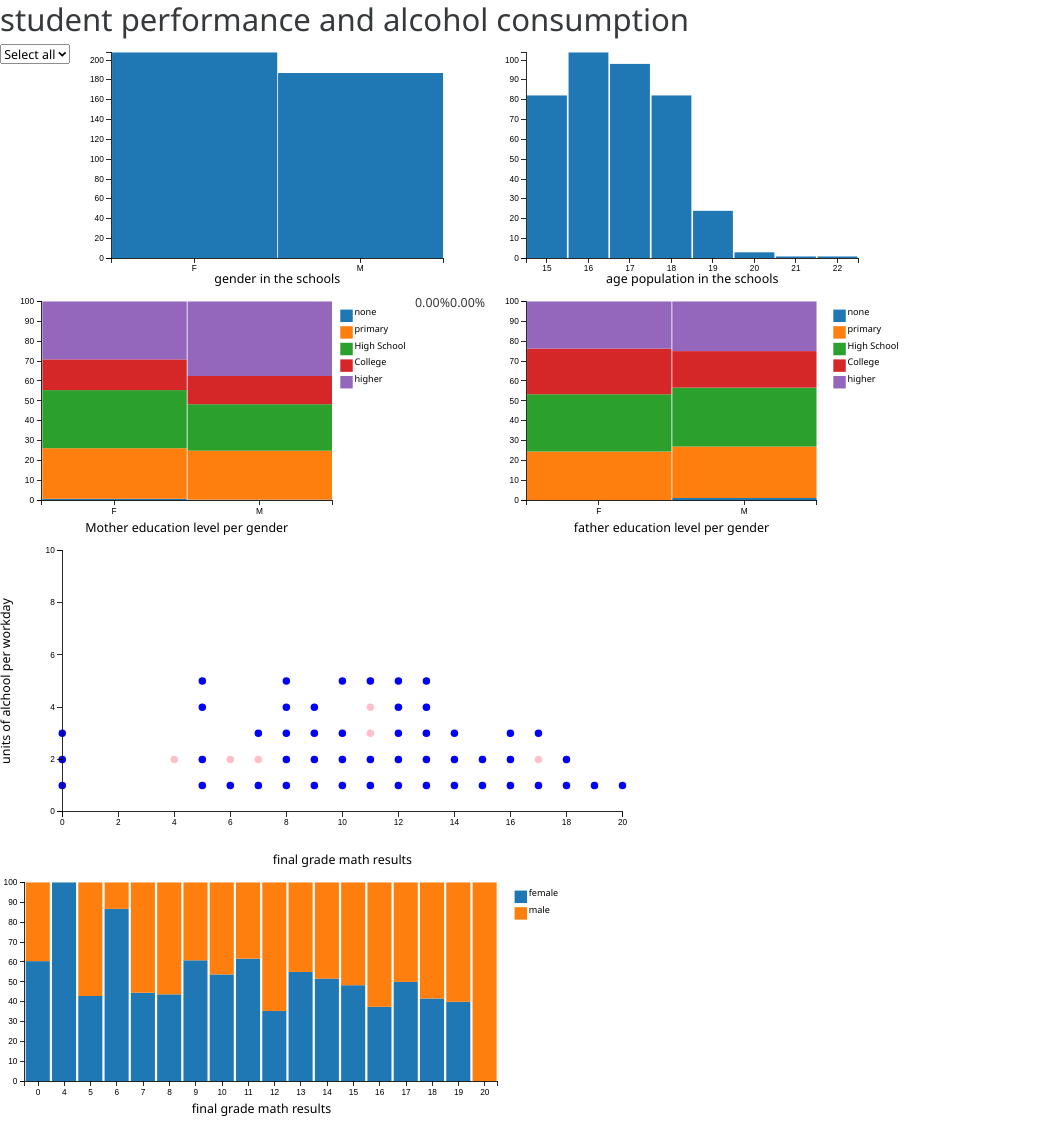
Repository: Baal89/second-milestone-project
Page: index.html
The author's editor kept a record of every edit. The page is drawn from the files as they stood at one moment, then again after the next edit.
The browser window is 1280 px wide. The pictures show the whole page, at 83% of full size.

Above is the page before.

### index.html
<!DOCTYPE html>
<html>
    <head>
        <meta charset="UTF-8">
        <meta name="viewport" content="width=device-width, initial-scale=1.0">
        <meta http-equiv="X-UA-Compatible" content"ie=edge">
        <title> dashboard </title>

        <link rel="stylesheet" href="static/css/bootstrap.min.css" type="text/css" />
        <link rel="stylesheet" href="static/css/dc.min.css" type="text/css" />

        <script type="text/javascript" src="static/js/d3.min.js"></script>
        <script type="text/javascript" src="static/js/crossfilter.min.js"></script>
        <script type="text/javascript" src="static/js/dc.min.js"></script>
        <script type="text/javascript" src="static/js/queue.min.js"></script>
        <script type="text/javascript" src="static/js/graph.js"></script>

    </head>

    <body>


        <h1> student performance and alcohol consumption </h1>

        <div id="discipline-selector"></div>

        <div id="sex-distribution"></div>

        <div id="age-distribution"></div>

        <div id="mother-education"></div>

        <div id="percentage-of-female-mother-higher-education"></div>
        <div id="percentage-of-male-mother-higher-education"></div>

        <div id="father-education"></div>

        <div id="percentage-of-female-father-higher-education"></div>
        <div id="percentage-of-male-father-higher-education"></div>

        <div id="workday-alcohol-graduation"></div>

        <div id="student-performance"></div>


    </body>
</html>

### static/js/graph.js
queue()
    .defer(d3.csv, "data/student-mat.csv")
    .await(makeGraphs);

function makeGraphs(error, performanceData) {
    var ndx = crossfilter(performanceData);

    performanceData.forEach(function(d) {
        d.G3 = parseInt(d.G3);
    });

    show_discipline_selector(ndx);

    show_sex_distribution(ndx);
    show_age_distribution(ndx);
    show_mother_education(ndx);
    show_father_education(ndx);

    show_percent_higher_education(ndx, "F", "#percentage-of-female-mother-higher-education");
    show_percent_higher_education(ndx, "M", "#percentage-of-male-mother-higher-education");
    //show_percent_father_higher_education(ndx);

    show_performance_to_workday_alcohol_cosumption(ndx);

    show_student_performance(ndx);

    dc.renderAll();
}

function show_discipline_selector(ndx) {
    var dim = ndx.dimension(dc.pluck("discipline"));
    var group = dim.group();

    dc.selectMenu("#discipline-selector")
        .dimension(dim)
        .group(group);
}

function show_sex_distribution(ndx) {
    var dim = ndx.dimension(dc.pluck("sex"));
    var group = dim.group();

    dc.barChart("#sex-distribution")
        .width(500)
        .height(300)
        .margins({ top: 10, right: 50, bottom: 30, left: 50 })
        .dimension(dim)
        .group(group)
        .transitionDuration(500)
        .x(d3.scale.ordinal())
        .xUnits(dc.units.ordinal)
        .elasticY(true)
        .xAxisLabel("gender in the schools")
        .yAxis().ticks(10);
}

function show_age_distribution(ndx) {
    var dim = ndx.dimension(dc.pluck("age"));
    var group = dim.group();

    dc.barChart("#age-distribution")
        .width(500)
        .height(300)
        .margins({ top: 10, right: 50, bottom: 30, left: 50 })
        .dimension(dim)
        .group(group)
        .transitionDuration(500)
        .x(d3.scale.ordinal())
        .xUnits(dc.units.ordinal)
        .elasticY(true)
        .xAxisLabel("age population in the schools")
        .yAxis().ticks(10);
}

function show_mother_education(ndx) {

    function motherEducation(dimension, Medu) {
        return dimension.group().reduce(
            function(p, v) {
                p.total++;
                if (v.Medu == Medu) {
                    p.match++;
                }
                return p;
            },
            function(p, v) {
                p.total--;
                if (v.Medu == Medu) {
                    p.match--;
                }
                return p;
            },
            function() {
                return { total: 0, match: 0 };
            }
        );

    }
    var dim = ndx.dimension(dc.pluck("sex"));
    var noneMotherEducation = motherEducation(dim, "0");
    var firstMotherEducation = motherEducation(dim, "1");
    var secondaryMotherEducation = motherEducation(dim, "2");
    var secondaryGradeMotherEducation = motherEducation(dim, "3");
    var higherMotherEducation = motherEducation(dim, "4");


    dc.barChart("#mother-education")
        .width(500)
        .height(300)
        .dimension(dim)
        .group(noneMotherEducation, "none")
        .stack(secondaryGradeMotherEducation, "primary")
        .stack(secondaryMotherEducation, "High School")
        .stack(firstMotherEducation, "College")
        .stack(higherMotherEducation, "higher")
        .valueAccessor(function(d) {
            if (d.value.total > 0) {
                return (d.value.match / d.value.total) * 100;
            }
            else {
                return 0;
            }
        })
        .x(d3.scale.ordinal())
        .xUnits(dc.units.ordinal)
        .xAxisLabel("Mother education level per gender")
        .legend(dc.legend().x(410).y(20).itemHeight(15).gap(5))
        .margins({ top: 10, right: 100, bottom: 50, left: 50 });
}

function show_father_education(ndx) {

    function fatherEducation(dimension, Fedu) {
        return dimension.group().reduce(
            function(p, v) {
                p.total++;
                if (v.Fedu == Fedu) {
                    p.match++;
                }
                return p;
            },
            function(p, v) {
                p.total--;
                if (v.Fedu == Fedu) {
                    p.match--;
                }
                return p;
            },
            function() {
                return { total: 0, match: 0 };
            }
        );

    }
    var dim = ndx.dimension(dc.pluck("sex"));
    var noneFatherEducation = fatherEducation(dim, "0");
    var firstFatherEducation = fatherEducation(dim, "1");
    var secondaryFatherEducation = fatherEducation(dim, "2");
    var secondaryGradeFatherEducation = fatherEducation(dim, "3");
    var higherFatherEducation = fatherEducation(dim, "4");


    dc.barChart("#father-education")
        .width(500)
        .height(300)
        .dimension(dim)
        .group(noneFatherEducation, "none")
        .stack(secondaryGradeFatherEducation, "primary")
        .stack(secondaryFatherEducation, "High School")
        .stack(firstFatherEducation, "College")
        .stack(higherFatherEducation, "higher")
        .valueAccessor(function(d) {
            if (d.value.total > 0) {
                return (d.value.match / d.value.total) * 100;
            }
            else {
                return 0;
            }
        })
        .x(d3.scale.ordinal())
        .xUnits(dc.units.ordinal)
        .xAxisLabel("father education level per gender")
        .legend(dc.legend().x(420).y(20).itemHeight(15).gap(5))
        .margins({ top: 10, right: 100, bottom: 50, left: 50 });
}

function show_percent_higher_education(ndx, gender, element) {
    var percentageMotherHigherEducation = ndx.groupAll().reduce(
        function(p, v) {
            if (v.sex === gender) {
                p.count++;
                if(v.rank === "4") {
                    p.are_higher++;
                }
            }
            return p;
        },
        function(p, v) {
            if (v.sex === gender) {
                p.count--;
                if(v.rank === "4") {
                    p.are_higher--;
                }
            }
            return p;
        },
        function() {
            return {count: 0, are_higher: 0};
        },
    );
   dc.numberDisplay(element)
        .formatNumber(d3.format(".2%"))
        .valueAccessor(function (d) {
            if (d.count == 0) {
                return 0;
            } else {
                return (d.are_higher / d.count);
            }
        })
        .group(percentageMotherHigherEducation);
}

function show_performance_to_workday_alcohol_cosumption(ndx) {

    var genderColors = d3.scale.ordinal()
        .domain(["Female", "Male"])
        .range(["pink", "blue"]);

    var performanceDim = ndx.dimension(dc.pluck("G3"))
    var consumptionDim = ndx.dimension(function(d) {
        return [d.G3, d.Dalc, d.sex];
    });
    var workDayConsumptionGroup = consumptionDim.group();

    var minPerformance = performanceDim.bottom(1)[0].G3;
    var maxPerformance = performanceDim.top(1)[0].G3;

    dc.scatterPlot("#workday-alcohol-graduation")
        .width(800)
        .height(400)
        .x(d3.scale.linear().domain([minPerformance, maxPerformance]))
        .y(d3.scale.linear().domain([0, 10]))
        .brushOn(false)
        .symbolSize(8)
        .clipPadding(5)
        .xAxisLabel("")
        .title(function(d) {
            return "Work day Consumption: " + d.key[1] + " units";
        })
        .colors(genderColors)
        .colorAccessor(function(d) {
            return d.key[2];
        })
        .dimension(consumptionDim)
        .group(workDayConsumptionGroup)
        .xAxisLabel("final grade math results")
        .yAxisLabel("units of alchool per workday")
        .margins({ top: 10, right: 50, bottom: 75, left: 75 })
        .yAxis().ticks(5);
}


function show_student_performance(ndx) {

    function schoolPerformance(dimension, sex) {
        return dimension.group().reduce(
            function(p, v) {
                p.total++;
                if (v.sex == sex) {
                    p.match++;
                }
                return p;
            },
            function(p, v) {
                p.total--;
                if (v.sex == sex) {
                    p.match--;
                }
                return p;
            },
            function() {
                return { total: 0, match: 0 };
            }
        );
    }

    var dim = ndx.dimension(dc.pluck("G3"));
    var femalePerformance = schoolPerformance(dim, "F");
    var malePerformance = schoolPerformance(dim, "M");

    dc.barChart("#student-performance")
        .width(700)
        .height(300)
        .dimension(dim)
        .group(femalePerformance, "female")
        .stack(malePerformance, "male")
        .valueAccessor(function(d) {
            if (d.value.total > 0) {
                return (d.value.match / d.value.total) * 100;
            }
            else {
                return 0;
            }
        })
        .x(d3.scale.ordinal())
        .xUnits(dc.units.ordinal)
        .xAxisLabel("final grade math results")
        .legend(dc.legend().x(620).y(20).itemHeight(15).gap(5))
        .margins({ top: 10, right: 100, bottom: 50, left: 30 });
}

Loaded but not shown: static/css/bootstrap.min.css (library); static/css/dc.min.css (library); static/js/d3.min.js (library); static/js/crossfilter.min.js (library); static/js/dc.min.js (library); static/js/queue.min.js (common file)

After the next edit:
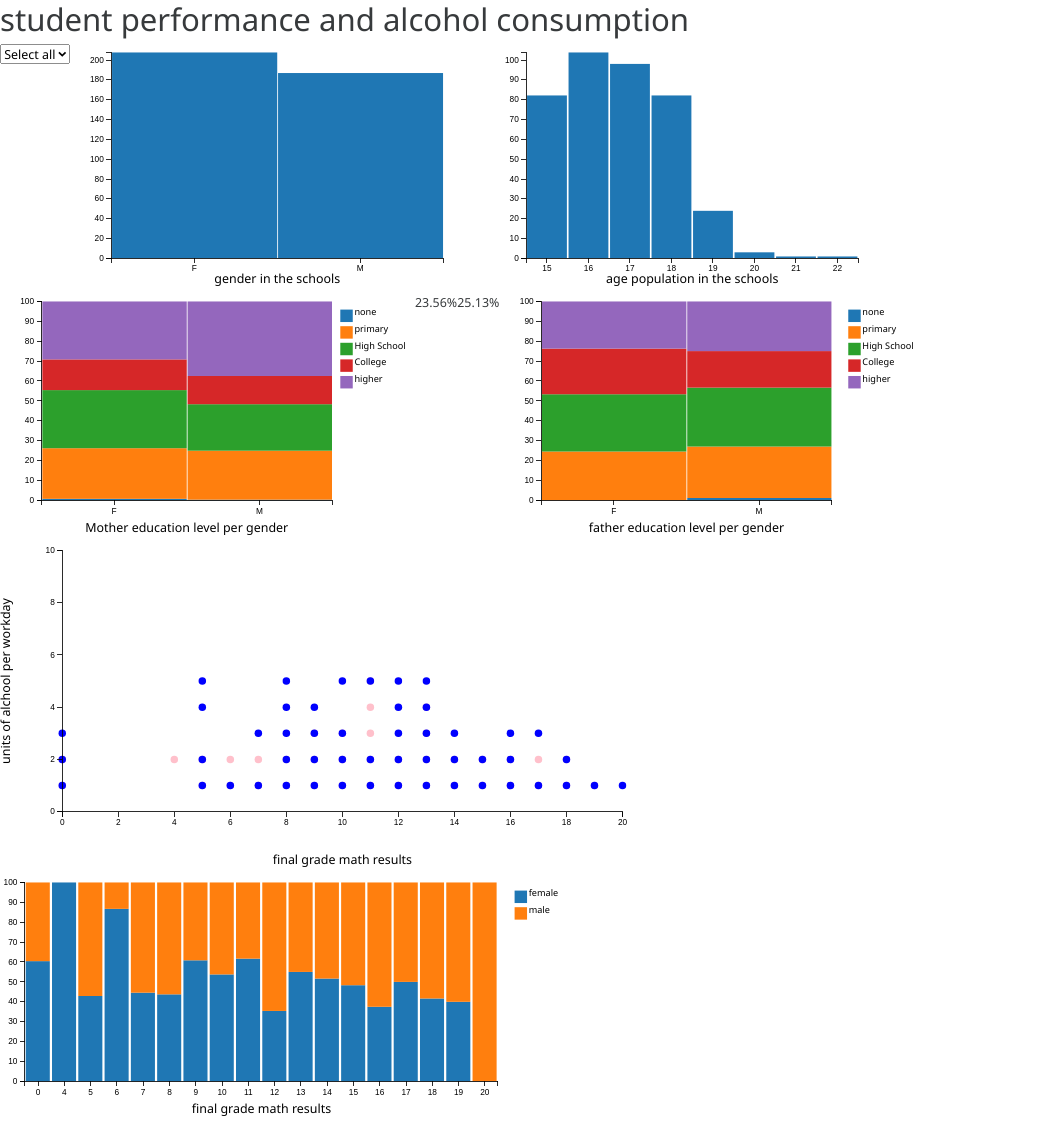
The edit:
--- a/static/js/graph.js
+++ b/static/js/graph.js
@@ -189,7 +189,7 @@
         function(p, v) {
             if (v.sex === gender) {
                 p.count++;
-                if(v.rank === "4") {
+                if(v.Fedu === "4") {
                     p.are_higher++;
                 }
             }
